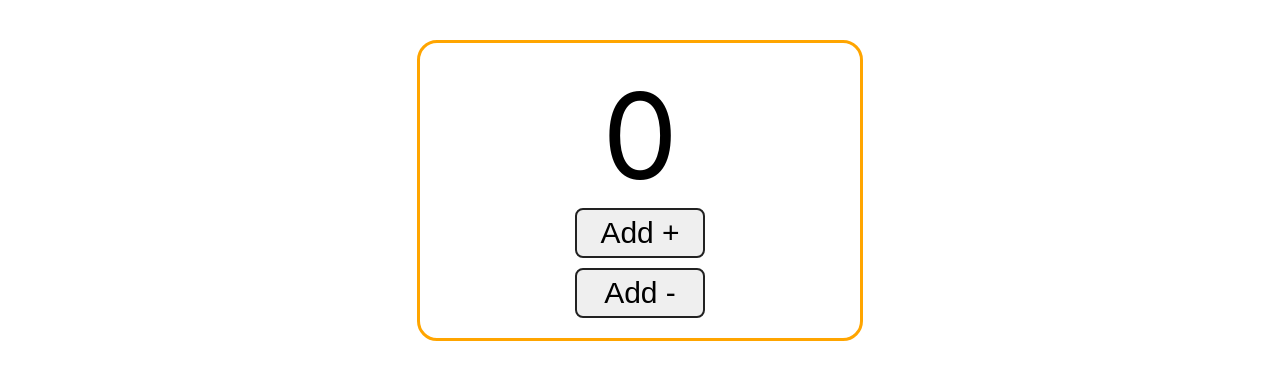
Repository: dnjfht/css-example
Page: /
An editor plug-in stored every save of this project. The page is shown before and after a run of saves, followed by the edit.
The browser window is 1280 px wide. The pictures show the whole page.
The project was rebuilt for these pictures with package versions that can differ from the ones it lists, and the page was loaded fresh each time.

Above is the page before, as saved 2023-05-09 18:49:17.

### src/App.js
import React, { useState } from "react";
import Counter from "./components/Counter";

export default function App() {
  const [count, setCount] = useState(0);
  return (
    <div>
      <Counter count={count} setCount={setCount} />
    </div>
  );
}

### src/components/Counter.jsx
import React from "react";

export default function Counter({ count, setCount }) {
  const handleClickCountUp = () => {
    setCount(count + 1);
  };

  const handleClickCountDown = () => {
    if (count > 0) setCount(count - 1);
  };

  return (
    <div
      style={{
        width: 400,
        padding: 20,
        margin: "40px auto",
        border: "3px solid orange",
        borderRadius: 20,
        display: "flex",
        flexDirection: "column",
        alignItems: "center",
      }}
    >
      <span style={{ fontSize: 120 }}>{count}</span>
      <button
        style={{
          width: 130,
          padding: "6px 16px",
          boxSizing: "border-box",
          border: "2px solid #222",
          borderRadius: 8,
          fontSize: 30,
        }}
        onClick={handleClickCountUp}
      >
        Add +
      </button>
      <button
        style={{
          width: 130,
          padding: "6px 16px",
          marginTop: 10,
          boxSizing: "border-box",
          border: "2px solid #222",
          borderRadius: 8,
          fontSize: 30,
        }}
        onClick={handleClickCountDown}
      >
        Add -
      </button>
    </div>
  );
}

Loaded but not shown: public/index.html (common file); src/index.js (common file); src/index.css (common file); src/reportWebVitals.js (common file)

After the next 2 saves:
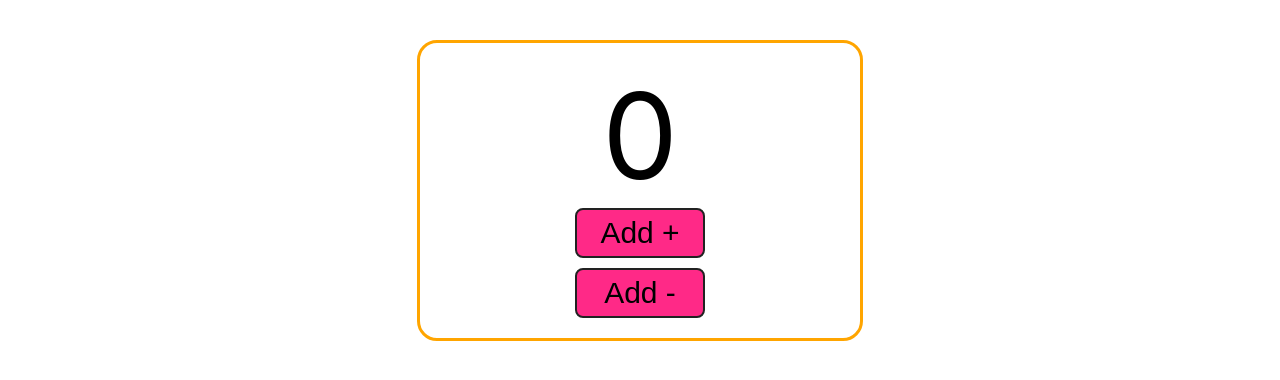
The 2 saves are shown as one change because they came seconds apart.
The last was saved 81 s later.
--- a/src/components/Counter.jsx
+++ b/src/components/Counter.jsx
@@ -28,6 +28,7 @@ export default function Counter({ count, setCount }) {
           width: 130,
           padding: "6px 16px",
           boxSizing: "border-box",
+          backgroundColor: "#ff2987",
           border: "2px solid #222",
           borderRadius: 8,
           fontSize: 30,
@@ -42,6 +43,7 @@ export default function Counter({ count, setCount }) {
           padding: "6px 16px",
           marginTop: 10,
           boxSizing: "border-box",
+          backgroundColor: "#ff2987",
           border: "2px solid #222",
           borderRadius: 8,
           fontSize: 30,
